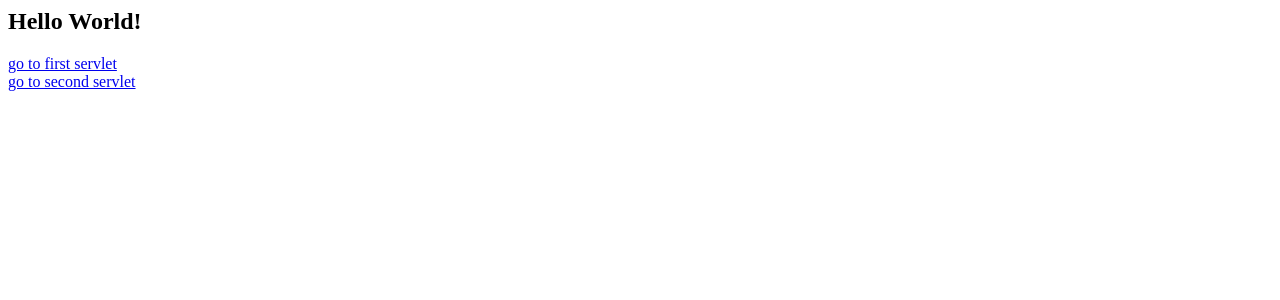
Repository: adit22747/java
Page: http://localhost/web-example/
The author's editor kept a copy of each file at every save. The page is drawn from the files as they stood at one save, then again after the next save.
The browser window is 1280 px wide. The pictures show the whole page.
The page is served by Tomcat 9.

Above is the page before, as saved 2021-02-01 06:40:03.

After the next save:
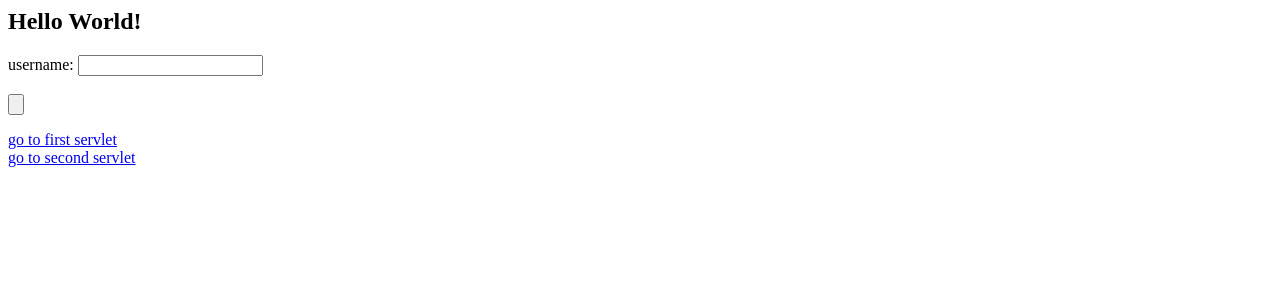
Saved 72 s later.
--- a/advance_java/programs/web-example/src/main/webapp/index.jsp
+++ b/advance_java/programs/web-example/src/main/webapp/index.jsp
@@ -8,7 +8,9 @@
 
 	<!-- sending data to server -->
 	<form action="First">
-
+		username: <input type="text" name="username">
+		<br><br>
+		<input type="button">
 	</form>
 
 	<a href="First">go to first servlet</a>
